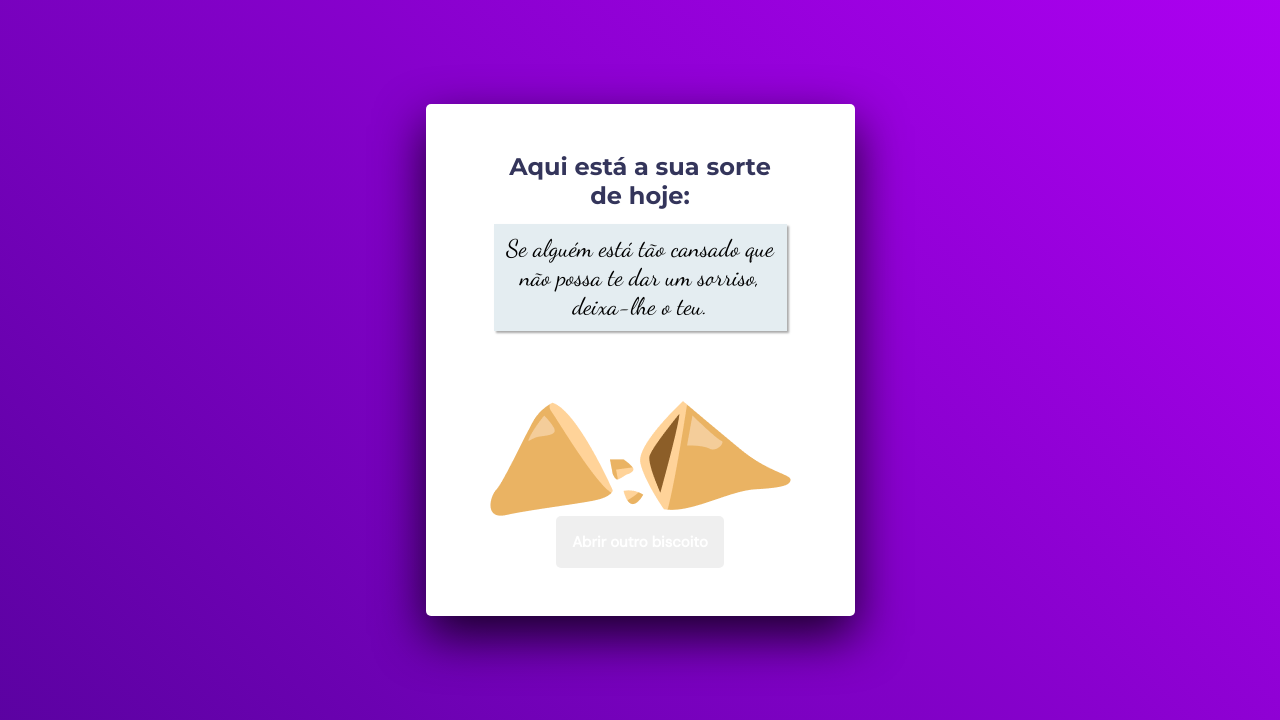
Repository: caueenrico/cookieCoach
Page: index.html
The author's editor kept a copy of each file at every save. The page is drawn from the files as they stood at one save, then again after the next save.
The browser window is 1280 px wide. The pictures show the whole page.

Above is the page before, as saved 2023-06-27 16:50:17.

### index.html
<!DOCTYPE html>
<html lang="en">
  <head>
    <meta charset="UTF-8" />
    <meta name="viewport" content="width=device-width, initial-scale=1.0" />
    <link rel="preconnect" href="https://fonts.googleapis.com" />
    <link rel="preconnect" href="https://fonts.gstatic.com" crossorigin />
    <link
      href="https://fonts.googleapis.com/css2?family=DM+Sans&family=Dancing+Script&family=Montserrat:wght@700&display=swap"
      rel="stylesheet"
    />
    <link rel="stylesheet" href="style.css" />
    <title>biscoito da sorte</title>
  </head>
  <body>
    <main>

      <div class="hide">
        <h1>
          Qual é a sua sorte <br />
          de hoje?
        </h1>
        <p>Abra o biscoito e descubra!</p>
        <img src="/biscoitoClose.png" alt="" />
      </div>

      <div class="abriu">
        <h1>
          Aqui está a sua sorte <br/> de hoje:
        </h1>

        <span>
          Se alguém está tão cansado que não possa te dar um sorriso, deixa-lhe o teu.
        </span>
        <img src="/opened-cookie.png" alt="" />

        <button>
          Abrir outro biscoito
        </button>
      </div>

    </main>
  </body>
  <script src="script.js"></script>
</html>

### style.css
* {
  margin: 0;
  padding: 0;
  box-sizing: border-box;
}

:root {
  font-size: 62.5%;

  --fs-heading: 2.4rem;
  --ff-heading: "Montserrat", sans-serif;

  --fs-subt: 1.5rem;
  --ff-subt: "DM Sans", sans-serif;
}

body {
  height: 100vh;
  width: 100vw;
  display: flex;
  flex-direction: column;
  justify-content: center;

  background: linear-gradient(45deg, #190361, #bb00ff);
  animation: gradient 10s ease infinite;
  background-size: 200% 200%;
}

@keyframes gradient {
  0% {
    background-position: 0% 50%;
  }
  50% {
    background-position: 100% 50%;
  }
  100% {
    background-position: 0% 50%;
  }
}

main {
  margin: 0 auto;

  display: flex;
  flex-direction: column;
  align-items: center;
  justify-content: center;

  padding: 4.8rem 6.4rem;
  background-color: #fff;

  text-align: center;

  border-radius: 5px;
  box-shadow: 0px 20px 50px 0px rgba(0, 0, 0, 0.8);
}

main h1 {
  font-family: var(--ff-heading);
  font-size: var(--fs-heading);
  font-weight: 700;

  color: #34355b;
  margin-bottom: 1.4rem;
}

main p {
  font-size: var(--fs-subt);
  font-family: var(--ff-subt);

  margin-bottom: 2rem;
}

main img {
  width: 100%;
  flex-shrink: 0;
}

main img:hover {
  animation: treme 0.1s infinite;
}

@keyframes treme {
  0% {
    margin-left: 0;
  }
  25% {
    margin-left: 5px;
  }
  50% {
    margin-left: 0;
  }
  75% {
    margin-left: -5px;
  }
  100% {
    margin-left: 0;
  }
}

.hide {
  display: none;
}

span {
  display: flex;
  padding: 10px;
  text-align: center;
  width: 29.3rem;
  background: #e4edf1;
  font-size: 24px;
  font-family: Dancing Script;
  color: #000;

  box-shadow: 2px 2px 2px 0px rgba(85, 85, 85, 0.5);

  margin-bottom: 7rem;
}

.abriu {
  display: flex;
  flex-direction: column;
  align-items: center;
}

.abriu button {
  padding: 1.6rem;
  border-radius: 5px;

  border: none;

  font-size: 15px;
  font-family: DM Sans;
  font-weight: 700;

  color: #FFF;

}

### script.js
let img = document.querySelector('img');

img.addEventListener('click', () => {
    img.classList.toggle('active');
    console.log('clicked');
}
)

After the next save:
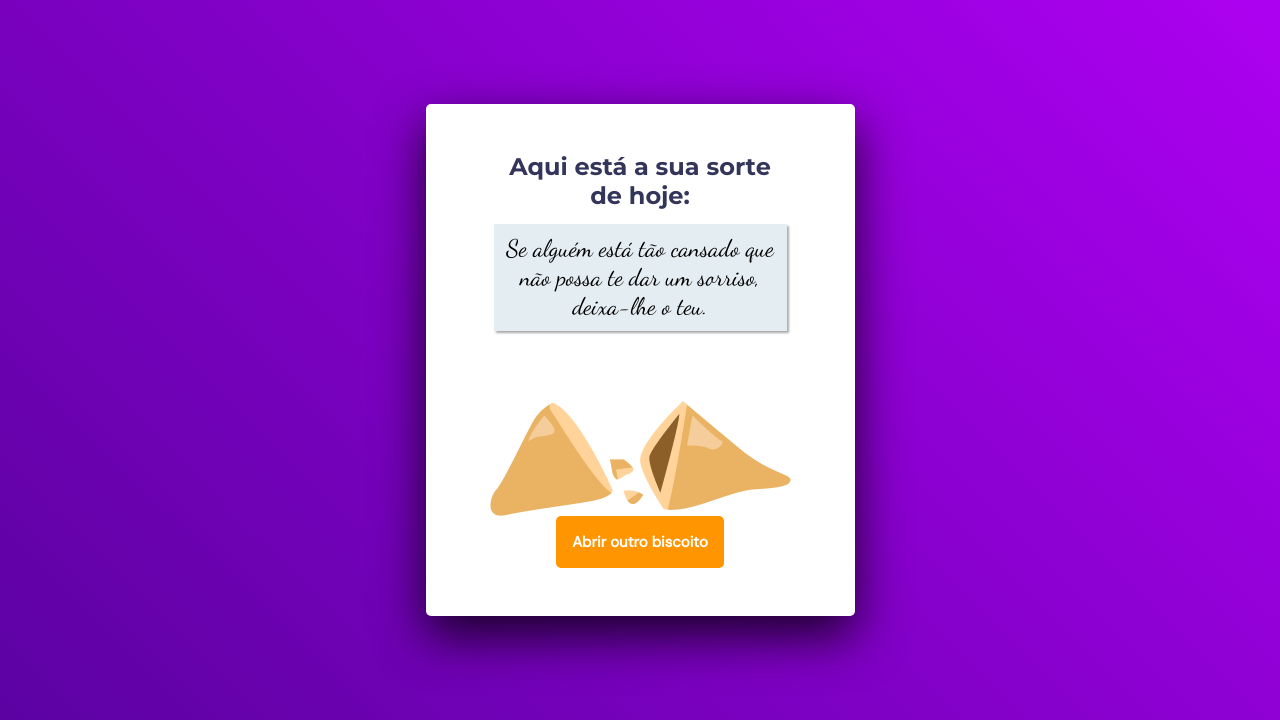
Saved 20 s later.
--- a/style.css
+++ b/style.css
@@ -134,5 +134,6 @@ span {
   font-weight: 700;
 
   color: #FFF;
+  background: #FF9500;
 
 }
